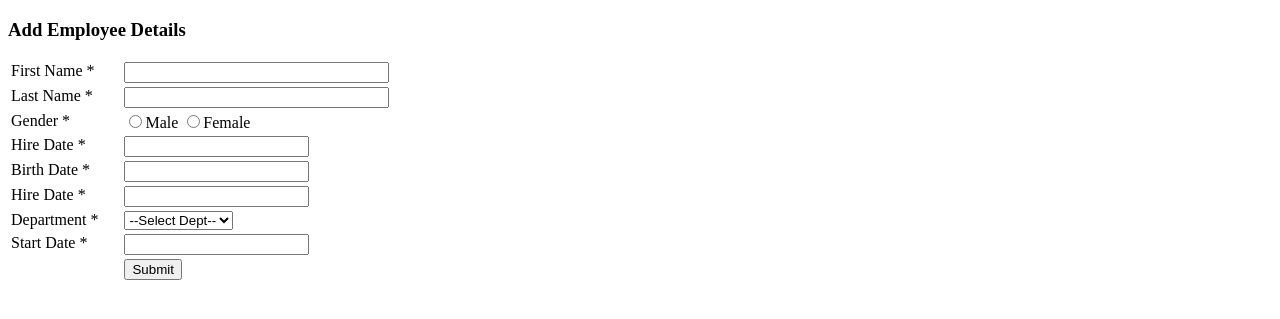
Repository: avsuhas/Java-Project
Page: http://localhost/Employee_Project/jsp/addUser.jsp
These files come from the project's save history. The page is drawn as it stood at one moment and after the next save; the edit follows.
The browser window is 1280 px wide. The pictures show the whole page.
The page is served by Tomcat 9. Other server files are loaded and not shown. Queries for data that is not in the repository find no rows.

Above is the page before, as saved 2017-06-01 17:32:07.
Console error: ReferenceError: $ is not defined

### Employee Project/WebContent/jsp/addUser.jsp
<%@ page import="com.samson.dao.DepartmentsDao" %>
<%@ page import="com.samson.dbo.DepartmentsDbo" %>
<%@page import="java.util.List"%>
<%@page import="java.util.ArrayList"%>
<%@ page language="java" contentType="text/html; charset=UTF-8"
    pageEncoding="UTF-8"%>
<!DOCTYPE html PUBLIC "-//W3C//DTD HTML 4.01 Transitional//EN" "http://www.w3.org/TR/html4/loose.dtd">
<html>
<head>
<meta http-equiv="Content-Type" content="text/html; charset=UTF-8">
<title>Insert title here</title>
</head>













<body>

<%
List <DepartmentsDbo> deptList = new ArrayList<DepartmentsDbo>();
DepartmentsDao  deptDao = new DepartmentsDao();
 deptList = deptDao.findAll();



%>
<h3> Add Employee Details </h3>
<form name="myForm" action="#" method="post" >

<table width="450px" >

	<tr>
 	<td valign="top">
  	<label for="firstName">First Name *</label>
 	</td>
 	<td valign="top">
 	<input type="text" name="firstName"  maxlength="20" size="30" required>
 	<br>
 	</td>
	</tr>

	<tr>
 	<td valign="top">
  	<label for="lastName">Last Name *</label>
 	</td>

 	<td valign="top">
 	<input  type="text" name="lastName" maxlength="20" size="30" required>

 	</td>
	</tr>




	<tr>
 	<td valign="top">
  	<label for="Sex">Gender *</label>
 	</td>
 	<td valign="top">
 	<input type="radio" name="Sex" value="M" required>Male
	<input type="radio" name="Sex" value="F">Female
	</tr>

	<tr>
 	<td valign="top">
  	<label for="hireDate">Hire Date *</label>
 	</td>
 	<td valign="top">

 	<script type="text/javascript">
	$(function () {
	$("#SnapHost_Calendar4")
	.datepicker({ showOn: 'both', buttonImage: 'http://www.snaphost.com/jquery/calendar.gif',
	buttonImageOnly: true, changeMonth: true, showOtherMonths: true, selectOtherMonths: true
	});});</script>
	<input name="SnapHost_Calendar4" id="SnapHost_Calendar4" type="text" />
 	</td>
	</tr>

	<tr>
 	<td valign="top">
  	<label for="birthDate">Birth Date *</label>
 	</td>
 	<td valign="top">
 	<script type="text/javascript">
	$(function () {
	$("#SnapHost_Calendar1")
	.datepicker({ showOn: 'both', buttonImage: 'http://www.snaphost.com/jquery/calendar.gif',
	buttonImageOnly: true, changeMonth: true, showOtherMonths: true, selectOtherMonths: true
	});});</script>
	<input name="SnapHost_Calendar1" id="SnapHost_Calendar1" type="text" />

 	<!--
 	<input name="calendar1" type="text"/>
  	<script  type="text/javascript"
	src="http://www.snaphost.com/jquery/Calendar.aspx"></script>
	 -->
 	</td>
	</tr>


	<tr>
 	<td valign="top">
  	<label for="hireDate">Hire Date *</label>
 	</td>
 	<td valign="top">

 	<script type="text/javascript">
	$(function () {
	$("#SnapHost_Calendar2")
	.datepicker({ showOn: 'both', buttonImage: 'http://www.snaphost.com/jquery/calendar.gif',
	buttonImageOnly: true, changeMonth: true, showOtherMonths: true, selectOtherMonths: true
	});});</script>
	<input name="SnapHost_Calendar2" id="SnapHost_Calendar2" type="text" />
 	</td>
	</tr>


	<%for(DepartmentsDbo dbo : deptList){ %>


	<% }%>
	<tr>
 	<td valign="top">
  	<label for="department">Department *</label>
 	</td>
 	<td valign="top">
 	<select id="departmentId" name="department">
 	 <option value="0"> --Select Dept-- </option>
 	<%for(DepartmentsDbo dbo : deptList){ %>
		 <option value="<%=dbo.getDeptNumber() %>"> <%=dbo.getDeptName() %> </option>

	<% }%>

        </select>
 	</td>
	</tr>

	<tr>
 	<td valign="top">
  	<label for="startDate">Start Date *</label>
 	</td>
 	<td valign="top">
 	<script type="text/javascript">
	$(function () {
	$("#SnapHost_Calendar3")
	.datepicker({ showOn: 'both', buttonImage: 'http://www.snaphost.com/jquery/calendar.gif',
	buttonImageOnly: true, changeMonth: true, showOtherMonths: true, selectOtherMonths: true
	});});</script>
	<input name="SnapHost_Calendar3" id="SnapHost_Calendar3" type="text" />
 	</td>
	</tr>

	<tr>
 	<td valign="top">
 	</td>
 	<td valign="top">

  	<input type="submit" value = "Submit" class="sbmtBtn" />
 	</td>
	</tr>


 	</table>


</form>


</body>
</html>

### Employee Project/src/com/samson/dao/IDepartmentsDao.java
package com.samson.dao;

import java.util.List;

import com.samson.dbo.DepartmentsDbo;

public interface IDepartmentsDao {

	public List<DepartmentsDbo> findAll();

	public DepartmentsDbo findById(String id);

	public int insert(DepartmentsDbo dbo);


}

### Employee Project/src/com/samson/dao/DepartmentsDao.java
package com.samson.dao;
import org.apache.log4j.Logger;
import org.apache.log4j.PropertyConfigurator;

import java.beans.PropertyVetoException;
import java.io.IOException;
import java.sql.Connection;
import java.sql.PreparedStatement;
import java.sql.ResultSet;
import java.sql.SQLException;
import java.util.ArrayList;
import java.util.List;



import com.samson.dbo.DepartmentsDbo;

import com.samson.DataSource;


public class DepartmentsDao implements IDepartmentsDao{
	final Logger logger = Logger.getLogger(DepartmentsDao.class);

	@Override
	public List<DepartmentsDbo> findAll() {

			//PropertyConfigurator.configure("log4j-console-file.properties");
			List<DepartmentsDbo> returnList = new ArrayList<DepartmentsDbo>();
			Connection con = null;
			PreparedStatement pstmt = null;
			ResultSet rs = null;
			try {
				con = DataSource.getInstance().getConnection();
				StringBuilder sbr = new StringBuilder();
				sbr.append("select dept_no,dept_name from employees.departments limit 20");
				pstmt = con.prepareStatement(sbr.toString());
				logger.info("I am executing query here : " + sbr.toString());
			//	System.out.println("I am executing query here : " + sbr.toString());
				rs = pstmt.executeQuery();
				DepartmentsDbo dbo = null;
				while (rs.next()) {
					dbo = new DepartmentsDbo();
					dbo.setDeptNumber(rs.getString("dept_no"));
					dbo.setDeptName(rs.getString("dept_name"));

					returnList.add(dbo);
				}
			} catch (SQLException e) {
				e.printStackTrace();
			} catch (Exception e) {
				// TODO: handle exception
			} finally {

				try {
					DataSource.getInstance().closeConnection(pstmt, con, rs);
				} catch (IOException e) {
					// TODO Auto-generated catch block
					e.printStackTrace();
				} catch (PropertyVetoException e) {
					// TODO Auto-generated catch block
					e.printStackTrace();
				} catch (SQLException e) {
					// TODO Auto-generated catch block
					e.printStackTrace();
				}
			}
			logger.warn(returnList);
	//		System.out.println("results "+returnList);
			return returnList;
	}

	@Override
	public DepartmentsDbo findById(String id) {
		DepartmentsDbo dbo = null;
		Connection con = null;
		PreparedStatement pstmt = null;
		ResultSet rs = null;
		try {
			con = DataSource.getInstance().getConnection();
			StringBuilder sbr = new StringBuilder();

			sbr.append("select dept_no,dept_name from employees.departments where dept_no ='"+id+"'");
			pstmt = con.prepareStatement(sbr.toString());
			System.out.println("I am executing query here : " + sbr.toString());
			rs = pstmt.executeQuery();

			if (rs.next()) {
				dbo = new DepartmentsDbo();
				dbo.setDeptNumber(rs.getString("dept_no"));
				dbo.setDeptName(rs.getString("dept_name"));

			}
		} catch (Exception e) {
			e.printStackTrace();
		} finally {
			try {
				DataSource.getInstance().closeConnection(pstmt, con, rs);
			} catch (IOException | PropertyVetoException e) {
				// TODO Auto-generated catch block
				e.printStackTrace();
			} catch (SQLException e) {
				// TODO Auto-generated catch block
				e.printStackTrace();
			}
		}
		System.out.println(dbo);
		return dbo;
	}

	@Override
	public int insert(DepartmentsDbo dbo) {
		// TODO Auto-generated method stub
		return 0;
	}

	public static void main(String[] args) {
		 String id = "d005";
		DepartmentsDao dao = new DepartmentsDao();
		dao.findAll();

	}

}

### Employee Project/src/com/samson/DataSource.java
package com.samson;

	import java.beans.PropertyVetoException;
	import java.io.IOException;
	import java.sql.Connection;
	import java.sql.PreparedStatement;
	import java.sql.ResultSet;
	import java.sql.SQLException;
	import java.sql.Statement;

	import org.apache.commons.dbcp.BasicDataSource;

	// This class will have code for creating Database Connection,
	// Closing Connections and all database related code
	public class DataSource {

		private static DataSource datasource;
	    private BasicDataSource ds;

	    private DataSource() throws IOException, SQLException, PropertyVetoException {
	        ds = new BasicDataSource();
	        ds.setDriverClassName("com.mysql.jdbc.Driver");
	        ds.setUsername("root");
	        ds.setPassword("suhas123");
	        ds.setUrl("jdbc:mysql://localhost/employees");

	        // setting the properties for DataSource
	        ds.setInitialSize(5);
	        ds.setMinIdle(5);
	        ds.setMaxIdle(20);
	        ds.setMaxOpenPreparedStatements(180);
	}

	    public static DataSource getInstance() throws IOException, SQLException, PropertyVetoException {
	        if (datasource == null) {
	            datasource = new DataSource();
	            return datasource;
	        } else {
	            return datasource;
	        }
	    }

	    public Connection getConnection() throws SQLException {
	        return this.ds.getConnection();
	    }


	    public void closeConnection(Statement statement, Connection connection, ResultSet resultSet) throws SQLException {

	    	 if (resultSet != null) try { resultSet.close(); } catch (SQLException e) {e.printStackTrace(); throw e;}
	         if (statement != null) try { statement.close(); } catch (SQLException e) {e.printStackTrace(); throw e;}
	         if (connection != null) try { connection.close(); } catch (SQLException e) {e.printStackTrace(); throw e;}


	    }

	    public void closeConnection(PreparedStatement statement, Connection connection, ResultSet resultSet) throws SQLException {

	   	 if (resultSet != null) try { resultSet.close(); } catch (SQLException e) {e.printStackTrace(); throw e;}
	     if (statement != null) try { statement.close(); } catch (SQLException e) {e.printStackTrace(); throw e;}
	     if (connection != null) try { connection.close(); } catch (SQLException e) {e.printStackTrace(); throw e;}


	   }


	}

After the next save:
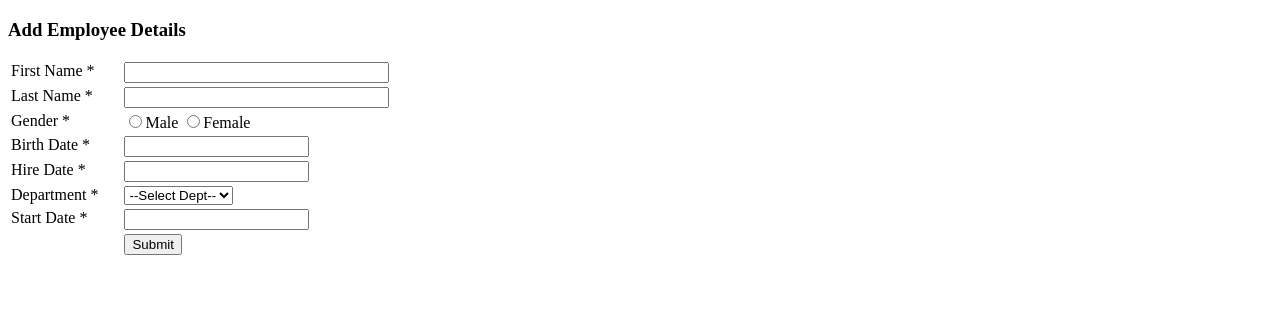
Saved 11 s later.
--- a/Employee Project/WebContent/jsp/addUser.jsp
+++ b/Employee Project/WebContent/jsp/addUser.jsp
@@ -71,21 +71,7 @@ DepartmentsDao  deptDao = new DepartmentsDao();
 	<input type="radio" name="Sex" value="F">Female
 	</tr>
 
-	<tr>
- 	<td valign="top">
-  	<label for="hireDate">Hire Date *</label>
- 	</td>
- 	<td valign="top">
 
- 	<script type="text/javascript">
-	$(function () {
-	$("#SnapHost_Calendar4")
-	.datepicker({ showOn: 'both', buttonImage: 'http://www.snaphost.com/jquery/calendar.gif',
-	buttonImageOnly: true, changeMonth: true, showOtherMonths: true, selectOtherMonths: true
-	});});</script>
-	<input name="SnapHost_Calendar4" id="SnapHost_Calendar4" type="text" />
- 	</td>
-	</tr>
 
 	<tr>
  	<td valign="top">
